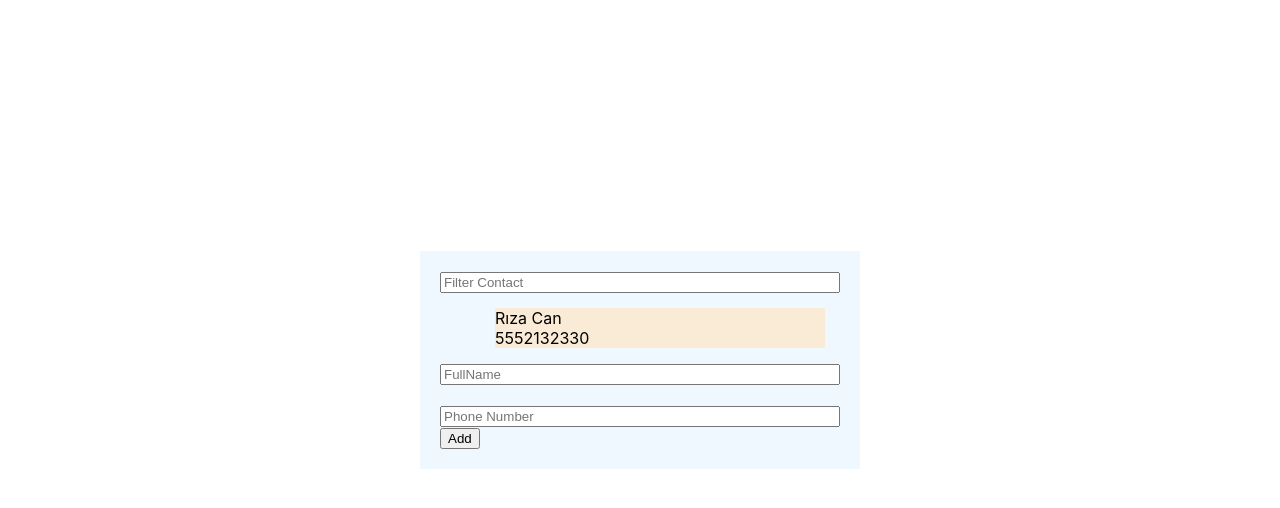
Repository: rizacantire/patika-react
Page: / (app in hello/)
An editor plug-in stored every save of this project. The page is shown before and after the next save, followed by the edit.
The browser window is 1280 px wide. The pictures show the whole page.
The project was rebuilt for these pictures with package versions that can differ from the ones it lists, and the page was loaded fresh each time.

Above is the page before, as saved 2021-12-14 14:55:59.

### hello/src/App.js

import './App.css';
import Contacts from './components/Contacts';

function App() {

  return (
    <div className="App">
      <Contacts/>
    </div>
  );
}

export default App;

### hello/src/App.css
.App {
  display: flex;
  justify-content: center;
  align-items: center;
  min-height: 100vh;


}

#container{
  width: 400px;
  background-color: aliceblue;
  padding:20px
}
input{
  width:  100%;
  box-sizing: border-box;
  -webkit-box-sizing: border-box;
  -moz-box-sizing: border-box;
}
li {
  list-style-type: none;
  margin: 0;
  padding: 0;
}

.list {
  margin: 15px;
}
.list >li {
  background-color: antiquewhite;
}

### hello/src/components/Contacts/index.js
import React, { useEffect, useState } from 'react'
import Form from './Form'
import ContactList from './List'
function Contacts() {
    const [contacts, setContacts] = useState([{fullname:"Rıza Can",phone_number:5552132330}])
    useEffect(()=>{
        console.log(contacts);
    },[contacts])
    return (
        <div id="container">
            <ContactList contacts={contacts}/>
            <Form addContact={setContacts} contacts={contacts}/>
        </div>
    )
}

export default Contacts

### hello/src/components/Contacts/Form/index.js
import React, { useState } from 'react'

function Form({addContact,contacts}) {
    const initialFormValues = {fullname:"",phone_number:""}
    const [form, setForm] = useState(initialFormValues)

    const onChangeInput = (e)=>{
        setForm({...form,[e.target.name]:e.target.value})
    }

    const onSubmit = (e)=>{
        e.preventDefault()
        if(form.fullname === ""|| form.phone_number===""){
            return false;
        }
        addContact([...contacts,form])
        setForm(initialFormValues)
    }
    return (
        <div>
            <form onSubmit={onSubmit} >
            <input name="fullname"  placeholder='FullName'
            value={form.fullname}
             onChange={onChangeInput}/>
            <br/>
            <br/>
            <input value={form.phone_number} name="phone_number"  placeholder='Phone Number' onChange={onChangeInput}/>
            <div><button>Add</button></div>
            </form>

        </div>
    )
}

export default Form

### hello/src/components/Contacts/List/index.js
import React, { useState } from 'react'
import { useEffect } from 'react/cjs/react.development'

function ContactList({contacts}) {
    const [filterText, setFilterText] = useState("")
    const filtered = contacts.filter((item)=>{
        return Object.keys(item).some((key)=>
            item[key].toString().toLowerCase().includes(filterText.toLocaleLowerCase())
        )
    })
    useEffect(() => {
        console.log(filtered);
    },[filterText])


    return (
        <div>
            <input placeholder='Filter Contact' value={filterText} onChange={(e)=>{
                setFilterText(e.target.value)
            }} />


            <ul className='list'>
            {filtered.map((c,i)=>(

               <li key={i}>{c.fullname}
               <br/>
              {c.phone_number}</li>


            ))} </ul>
        </div>
    )
}

export default ContactList

Loaded but not shown: hello/public/index.html (common file); hello/src/index.js (common file); hello/src/index.css (common file); hello/src/reportWebVitals.js (common file)

After the next save:
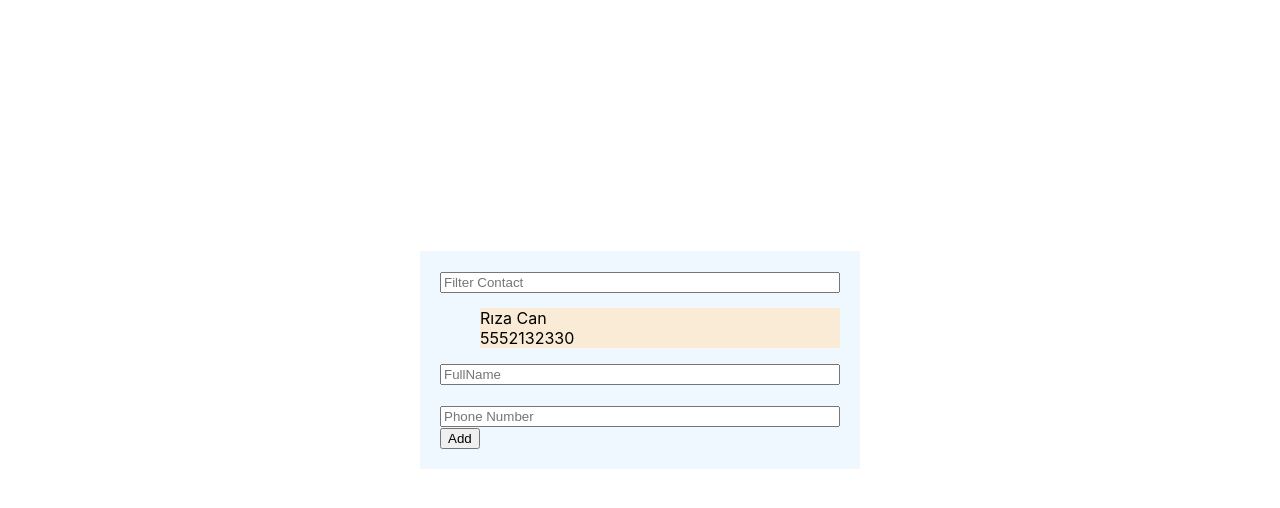
Saved 15 s later.
--- a/hello/src/App.css
+++ b/hello/src/App.css
@@ -25,7 +25,7 @@ li {
 }
 
 .list {
-  margin: 15px;
+  margin: 15px 0;
 }
 .list >li {
   background-color: antiquewhite;
